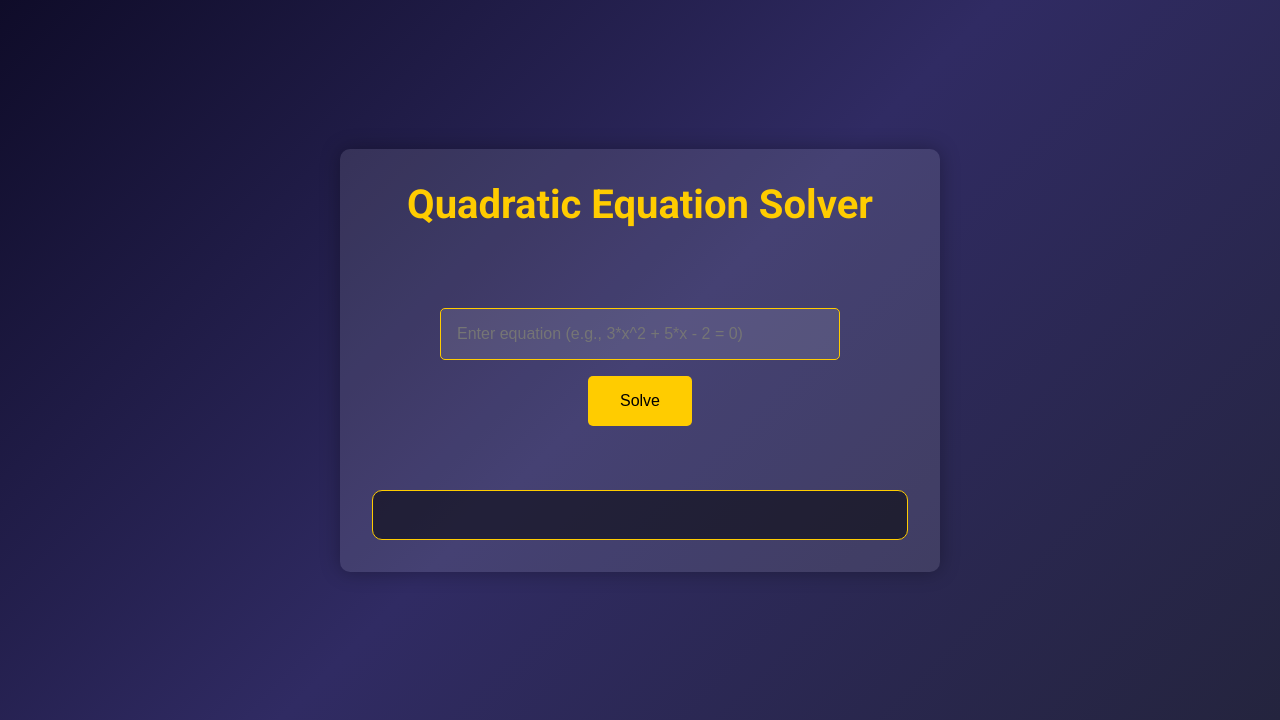
Repository: ngl-ankit/equation-solver
Page: index.html
The author's editor kept a copy of each file at every save. The page is drawn from the files as they stood at one save, then again after the next save.
The browser window is 1280 px wide. The pictures show the whole page.

Above is the page before, as saved 2024-07-08 11:13:56.

After the next save:
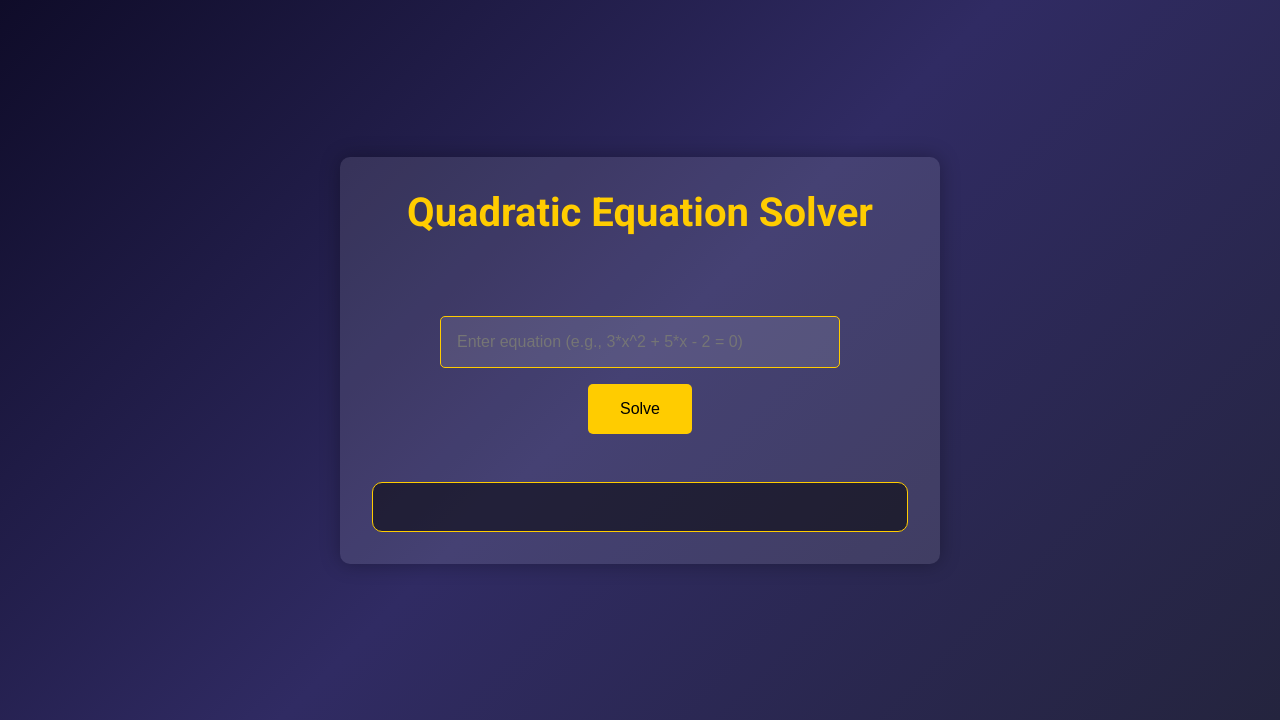
Saved 10 s later.
--- a/styles.css
+++ b/styles.css
@@ -33,7 +33,7 @@ h1 {
 }
 
 .form-container {
-  margin-bottom: 4rem;
+  margin-bottom: 3rem;
 }
 
 form {
